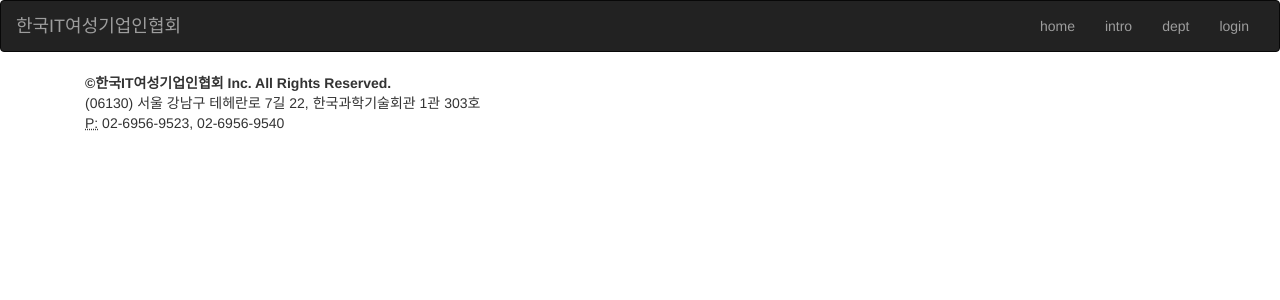
Repository: minho00123/sw-professional-training
Page: http://localhost/sts05/WEB-INF/views/dept/list.jsp
The author's editor kept a copy of each file at every save. The page is drawn from the files as they stood at one save, then again after the next save.
The browser window is 1280 px wide. The pictures show the whole page.
The page is served by Tomcat 9. Nobody is signed in. The template is opened directly, without the code that normally fills it, so the values that code supplies are empty.

Above is the page before, as saved 2025-05-19 05:12:41.

After the next save:
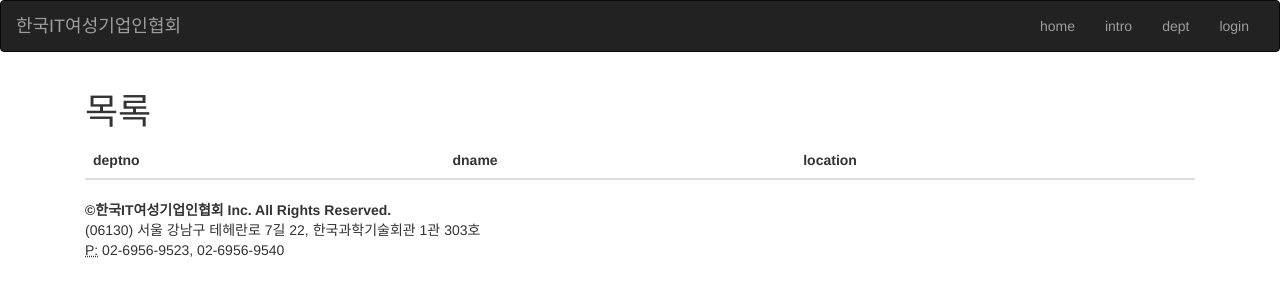
Saved 46 s later.
--- a/stsWorkspace/sts05/src/main/webapp/WEB-INF/views/dept/list.jsp
+++ b/stsWorkspace/sts05/src/main/webapp/WEB-INF/views/dept/list.jsp
@@ -9,6 +9,16 @@
 </head>
 <body>
 	<%@ include file="../layout/menu.jspf"%>
+	<h1>목록</h1>
+	<table class="table">
+		<thead>
+		<tr>
+			<th>deptno</th>
+			<th>dname</th>
+			<th>location</th>
+		</tr>
+		</thead>
+	</table>
 	<%@ include file="../layout/footer.jspf"%>
 </body>
 </html>
